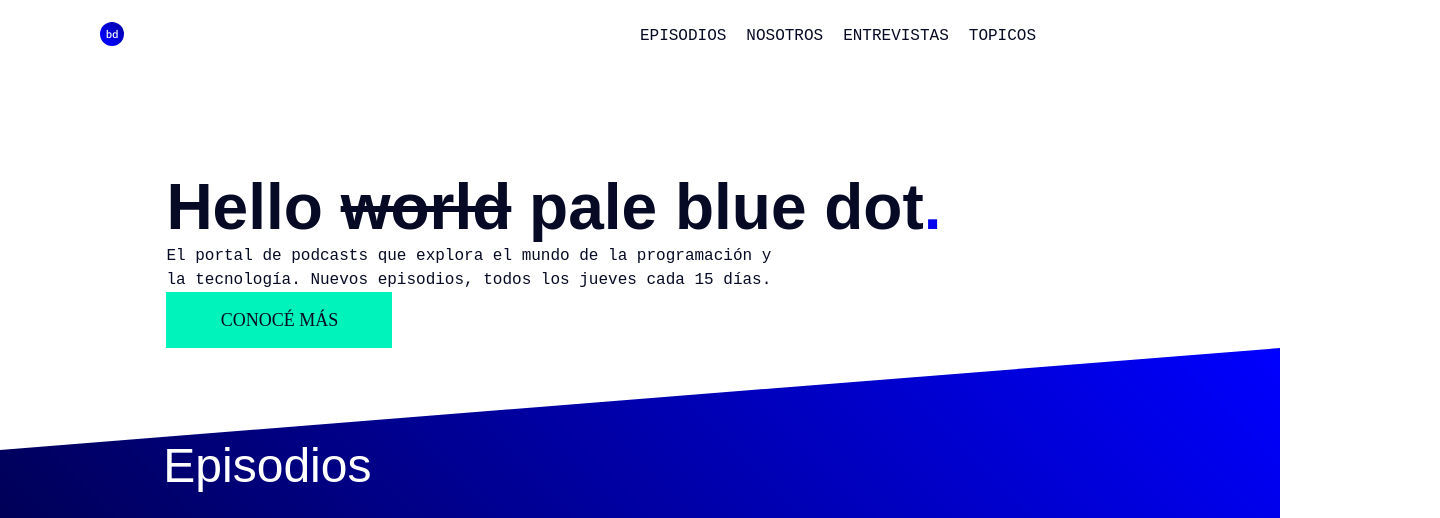
Repository: FedeGA93/podcast
Page: index.html
These files come from the project's save history. The page is drawn as it stood at one moment and after the next save; the edit follows.
The browser window is 1280 px wide. The page is 1440 px wide, so the pictures cover 1440 px, including what lies to the right of the window. The pictures show the part of the page from y = 0 to 518 px (the page is 3293 px tall before and 3382 px after).
Pictures or frames that could not be fetched are drawn as grey boxes. Some web fonts or font styles are not loaded; a fallback is used. Some web libraries are served in a nearby version.

Above is the page before, as saved 2019-11-26 20:31:16.

### index.html
<!DOCTYPE html>
<html lang="es">

<head>
    <meta charset="UTF-8">
    <meta name="viewport" content="width=device-width, initial-scale=1.0">
    <meta http-equiv="X-UA-Compatible" content="ie=edge">
    <title>BlueDot</title>
    <link rel="stylesheet" href="styles/styles.css">
    <link href="https://fonts.googleapis.com/css?family=IBM+Plex+Mono/IBM+Plex+Sans:400,400i,500,600&display=swap"
        rel="stylesheet">
    <link rel="stylesheet" href="https://cdnjs.cloudflare.com/ajax/libs/font-awesome/5.11.2/css/all.css">
    <link rel="shortcut icon" href="images/logo.ico" type="image/x-icon">
    <link rel="icon" href="images/logo.ico" type="image/x-icon">
</head>

<body>
    <header class="estilo-header">
        <nav >
            <div class="menu">
                <div>
                    <img src="images/logo.svg" alt="Logo del podcast" class="responsive-logo">
                </div>
                <div>

                    <!-- DEsde acá-->
                    <input type="checkbox" id="transformacion" />
                    <label for="transformacion" class="fija-menu">
                        <span class="barras-negras-hamburger bar1"></span>
                        <span class="barras-negras-hamburger bar2"></span>
                        <span class="barras-negras-hamburger bar3"></span>
                    </label>
                    <!--Hasta acá es lo que tengo que copiar-->
                    <ul class="menu-hijo">
                        <li><a class="color-letras" href="#epi">EPISODIOS</a></li>
                        <li><a class="color-letras" href="#nos">NOSOTROS</a></li>
                        <li><a class="color-letras" href="#ent">ENTREVISTAS</a></li>
                        <li><a class="color-letras" href="#topi">TOPICOS</a></li>
                    </ul>

                </div>
            </div>
        </nav>
    </header>
    <main class="primera-caja">
        <div class="centrado">
            <h1>Hello <s>world</s> pale blue dot<strong class="color-punto">.</strong></h1>
        </div>
        <div class="centrado">
            <p class="parrafos-general">El portal de podcasts que explora el mundo de la programación y <br> la
                tecnología.
                Nuevos episodios, todos los jueves cada 15 días.</p>
        </div>
        <div class="main-child">
            <div>
                <p><a class="btn cnmas" href="#nos">CONOCÉ MÁS</a></p>
            </div>
        </div>
    </main>
    <section>

        <div class="fondo-azul-gradiente sec">

            <div class="corteuno"></div>
            <div class="cortedos"></div>
            <div>
                <p class="color-blanco pad" id="epi">Episodios</p>
            </div>
            <div class="flex-spotify">
                <iframe src="https://open.spotify.com/embed-podcast/show/2ySVrxGkN6n6frMTo9Nsrt"
                    ></iframe>
                <iframe src="https://open.spotify.com/embed-podcast/show/4kYCRYJ3yK5DQbP5tbfZby"
                    ></iframe>
                <iframe src="https://open.spotify.com/embed-podcast/episode/2VHYWRX1mHcZQS89y3z2Xv" ></iframe>
                <iframe src="https://open.spotify.com/embed-podcast/show/2Iibd5A6R7mxkCm4NwNmUn"
                    ></iframe>
            </div>
        </div>
    </section>
    <section>

        <div class="informacion">
            <div>
                <img src="images/phone.png" alt="El podcast en un telefono" class="telefono">
            </div>
            <div>
                <h2 class="color-negro" id="nos">De dónde venimos</h2>

                <p class="parrafos-general limit-text">Our posturings, our imagined self-importance, the delusion that
                    we
                    have some
                    privileged position in the Universe, are challenged by this point of pale light. </p> <br>

                <p class="parrafos-general limit-text">
                    Our planet is a lonely speck in the great enveloping cosmic dark. In our obscurity, in all this
                    vastness, there is no hint that help will come from elsewhere to save us from ourselves.</p>

            </div>
        </div>

    </section>
    <section>
        <h2 class="color-negro paddie" id="ent">
            Invitadas/os Estelares
        </h2>

        <div class="photo-box">
            <img src="images/grace-hopper.png" alt="Foto de Grace Hopper" class="photos">
            <img src="images/Katie-Bouman.png" alt="Foto de Katie Bouman" class="photos">
            <img src="images/Margaret_Hamilton.png" alt="Margaret Hamilton" class="photos">
            <img src="images/computadora1950.png" alt="Una computadora del año 1950" class="photos">
            <img src="images/computadoraprogramable.png" alt="La primera computadora programable del mundo"
                class="photos">
            <img src="images/susan-kare.png" alt="Foto de Susan Kare" class="photos">

        </div>
    </section>
    <section class="top">
        <h2 class="color-negro center-text" id="topi">Algunos de nuestros temas</h2>
        <div>
            <section class="alineado">
                <div>
                    <img src="images/icon1.svg" alt="Una computadora que demuestra el trabajo remoto"
                        class="theme-size">
                    <p class="temas">Trabajo remoto</p>
                </div>
                <div>
                    <img src="images/icon2.svg" alt="Una cabeza pensando" class="theme-size">
                    <p class="temas">Repensando la programación</p>
                </div>

                <div>
                    <img src="images/icon3.svg" alt=" Un libro de código" class="theme-size">
                    <p class="temas">Bases de código</p>
                </div>

                <div>
                    <img src="images/icon4.svg" alt="Logo de seguridad" class="theme-size">
                    <p class="temas">Seguridad informática</p>
                </div>
            </section>
        </div>
    </section>
    <section>
        <div class="fondo-azul-gradiente secfoot">
                <svg xmlns="http://www.w3.org/2000/svg" viewBox="0 0 100 100" preserveAspectRatio="xMidYMid meet" >
                    <polygon fill="white" points="0,0 1440,0 0,85" />
                </svg>
            <div>
                <h2 class="color-blanco center-text">
                    ¿Querés las últimas novedades?
                </h2>
            </div>

            <div>
                <p> <a class="btn ele" href="#epi">ESCUCHÁ LOS EPISODIOS</a> </p>
            </div>

        </div>
    </section>

    <footer>
        <div class="flex-end">
            <h3 class="informacion">© 2019— Hello blue pale dot </h3>
            <div class="sin-deco">
                <a href="https://open.spotify.com/show/6xpiit8aJmwDHk1rKdxmri"><i class="fab fa-spotify"></i></a>
                <a href="https://twitter.com/w3c"> <i class="fab fa-twitter"></i></a>
                <a href="https://www.instagram.com/coding/"><i class="fab fa-instagram"></i></a>
                <a href="https://www.facebook.com/programminggeeks.in/"><i class="fab fa-facebook"></i></a>
            </div>
        </div>
    </footer>
</body>

</html>

### styles/styles.css
* {
  margin: 0;
  padding: 0;
  border: 0;
  box-sizing: content-box;
}

.menu {
  display: flex;
  flex-flow: row;
  justify-content: space-between;
  padding: 22px 244px 120px 100px;
  position: static;
  top: 0;
  overflow: hidden;
}
.menu-hijo {
  display: flex;
  flex-flow: row wrap;
  text-decoration: none;
  list-style-type: none;
  justify-content: flex-end;
  text-indent: 20px;
}

.primera-caja {
  display: flex;
  flex-flow: column;
  padding: 0 13%;
}
.centrado {
  justify-content: center;
}
.color-letras:active {
  color: RGBA(6, 10, 36, 0.53);
}
.color-letras:hover {
  color: #00f3bb;
  text-decoration: line-through;
}
.color-letras {
  font-family: "IBM Plex Mono", monospace;
  font-size: 16px;
  color: #060a24;
  letter-spacing: 0;
  line-height: 28px;
  text-decoration: none;
}

h1 {
  font-family: "IBM Plex Sans", sans-serif;
  font-size: 64px;
  color: #060a24;
  letter-spacing: 0;
}
.color-punto {
  font-family: "IBM Plex Sans", sans-serif;
  font-size: 64px;
  color: #0000ec;
  letter-spacing: 0;
}
.parrafos-general {
  font-family: "IBM Plex Mono", monospace;
  font-size: 16px;
  color: #060a24;
  letter-spacing: 0;
  line-height: 24px;
}

input {
  display: none;
}

.sec {
  position: relative;
  width: 100%;
  height: 124vh;
  overflow: hidden;
}
.secfoot {
  display: flex;
  justify-content: center;
  align-items: center;
  flex-direction: column;
  position: relative;
  width: 100%;
  height: 50vh;
  overflow: hidden;
}
.fondo-azul-gradiente {
  background-image: linear-gradient(225deg, #0000ff 0%, #000003 100%);
}

/* Cortes del fondo */
svg {
  position: absolute;
  bottom: 0;
  width: 100%;
  height: auto;

}

.corteuno {
  position: absolute;
  top: 0;
  left: 0;
  border-width: 0 0 8vw 100vw;
  border-style: solid;
  border-color: transparent #fff transparent;
}
.cortedos {
  position: absolute;
  bottom: 0;
  left: 0;
  border-width: 0 0 10vw 100vw;
  border-style: solid;
  border-color: transparent transparent #fff;
}
/* terminan los cortes */
.color-blanco {
  font-family: "IBM Plex Sans", sans-serif;
  font-size: 48px;
  color: #ffffff;
  letter-spacing: 0;
}
.color-negro {
  font-family: "IBM Plex Sans", sans-serif;
  font-size: 48px;
  color: #060a24;
  letter-spacing: 0;
}
.informacion {
  display: flex;
  justify-content: flex-start;
  flex-direction: row;
}

.btn {
  display: flex;
  align-items: center;
  justify-content: center;
  background-color: #00f3bb;
  font-family: "IBMPlexMono", Medium;
  font-size: 18px;
  color: #060a24;
  letter-spacing: 0;
  text-align: center;
  line-height: 24px;
  text-decoration: none;
}
.btn:hover,
.btn:focus {
  background-image: linear-gradient(225deg, #0000fe 0%, #00f0b8 100%);
  color: #ffffff;
}
.cnmas {
  height: 56px;
  width: 226px;
}
.ele {
  width: 345px;
  height: 56px;
}

.flex {
  display: flex;
  flex-direction: row;
  flex-wrap: nowrap;
  justify-content: space-between;
}
.pad {
  padding: 7% 12.76% 0;
}
.flex-spotify {
  display: flex;
  flex-flow: row wrap;
  padding: 2% 8%;
}
.temas {
  font-family: "IBMPlexSans";
  font-weight: 600;
  font-size: 24px;
  color: #060a24;
  letter-spacing: 0;
  text-align: center;
}

.alineado {
  display: flex;
  flex-flow: row;
  justify-content: space-evenly;
  text-align: center;
}
.telefono {
  position: relative;
  top: -311px;
  height: 660px;
  width: 457.6px;
  padding: 200px 64px 0 200px;
}
iframe {
  padding: 0 72px 72px 0;
  position: relative;
  z-index: 1;
  width: 44%;
  height: 232px;
}

.paddie {
  margin: -267px 0 36px 200px;
  z-index: 1;
}
.photos {
  width: 480px;
  height: 364px;
}
.photo-box {
  width: fit-content;
  display: grid;
  grid-template-columns: repeat(3, 0fr);

}
.limit-text {
  width: 54%;
}
.theme-size {
  width: 104px;
  height: 104px;
}
.top {
  margin-top: 5%;
}
.flex-end {
  display: flex;
  flex-direction: row;
  justify-content: space-between;
}
.sin-deco a {
  text-decoration: none;
  color: black;
}
/*
  ***************************************************
    ***********************************************
      ********************************************
        ****************************************
        *****************MOBILE*****************
        ****************************************
      ********************************************
     **********************************************
   **************************************************
 */

@media screen and (max-width: 600px) {
  * {
    margin: 0px;
    padding: 0;
    border: 0;
  }
  .estilo-header {
    padding: 3%;
  }
  .barra-navegadora {
    display: none;
  }
  .menu {
    padding: 0px;
    position: sticky;
  }
  .seccion {
    width: 100%;
  }

  .responsive-logo {
    margin: 2.2% 87.5% 1.2% 2%;
  }
  .menu-hijo {
    display: none;
  }
  .menu-hijo:hover {
    display: block;
  }
  h1 {
    font-family: "IBM Plex Sans", sans-serif;
    font-size: 36px;
    color: #060a24;
    letter-spacing: 0;
    line-height: 42px;
  }

  .parrafos-general {
    font-family: "IBM Plex Mono", monospace;
    font-size: 14px;
    color: #060a24;
    letter-spacing: 0;
    line-height: 22px;
  }
  .color-blanco {
    font-family: "IBM Plex Sans", sans-serif;
    font-size: 36px;
    color: #ffffff;
    letter-spacing: 0;
    line-height: 42px;
  }
  .color-negro {
    font-family: "IBM Plex Sans", sans-serif;
    font-size: 36px;
    color: #060a24;
    letter-spacing: 0;
    line-height: 42px;
  }
  .cnmas {
    height: 48px;
    width: 100%;
  }

  .barras-negras-hamburger {
    display: block;
    width: 33px;
    height: 4px;
    margin-bottom: 5px;
    position: relative;
    background: black;
    border-radius: 3px;
  }
  .sec {
    height: 165vh;
  }
  .secfoot {
    height: 40vh;
  }
  .center-text {
    text-align: center;
  }
  .telefono {
    top: -60px;
    padding: 0 0 0 9%;
    width: 360px;
    height: 519px;
  }
  .photo-box {
    grid-template-columns: repeat(1, 0);
    grid-template-rows: repeat(1, 16.5%);
  }
  .paddie {
    margin: 0;
  }
  .photos {
    height: auto;
    width: 100vw;
  }
  iframe {
    padding: 1%;
    width: auto;
  }
  .informacion {
    flex-direction: column;
  }
  .alineado {
    flex-direction: column;
  }
  .flex-spotify {
    padding: 2% 15%;
  }
  /* A partir de acá es el menu*/

  input[type="checkbox"]:checked ~ label > span.bar1 {
    -webkit-transform: rotate(-45deg) translate(-8px, 6px);
    transform: rotate(-45deg) translate(-8px, 6px);
    transition-delay: 0.1s;
  }
  input[type="checkbox"]:checked ~ label > span.bar2 {
    opacity: 0;
  }
  input[type="checkbox"]:checked ~ label > span.bar3 {
    -webkit-transform: rotate(45deg) translate(-8px, -6px);
    transform: rotate(45deg) translate(-8px, -6px);
    transition-delay: 0.1s;
  }
  input[type="checkbox"]:checked ~ .menu-hijo {
    background-color: blue;
    display: block;
    margin: auto;
    padding: initial;
    z-index: 1000;
    color: #fff;
  }

  input {
    display: none;
  }
  .fija-menu {
    display: block;
    direction: rtl;
  }
  /* hasta acá*/
  svg{
    bottom: 50%;
  }
}

@media screen and (max-width: 349px) {
  .sec {
    width: 129%;
  }
  .photos {
    width: 411px;
  }
  .cnmas {
    width: 100vw;
  }
  .corteuno {
    border-width: 0 0 12vw 158vw;
  }
  .cortedos {
    border-width: 0 0 19vw 129vw;
  }
  .secfoot{
    width: 129vw;
  }
  .top{
    margin-left: 27%;
  }
}
/*
  ***************************************************
    ***********************************************
      ********************************************
        ****************************************
         ***************TABLET*****************
        ****************************************
      ********************************************
     **********************************************
   **************************************************
 */
/*  @media screen and (max-width:601px) {


  } */

After the next save:
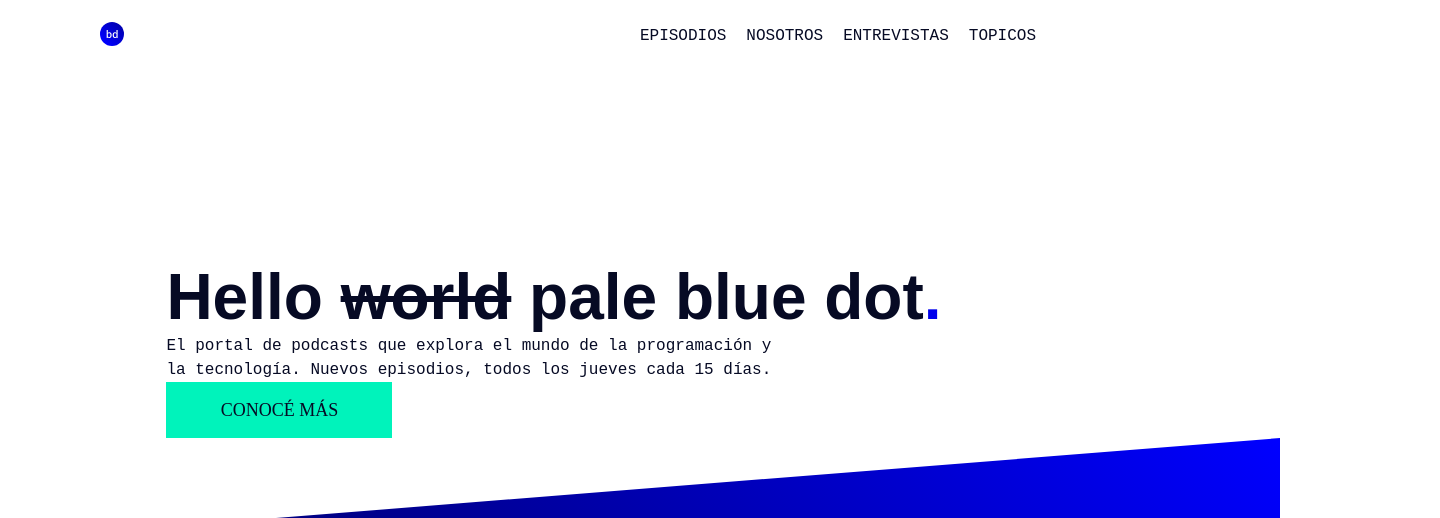
Saved 91 s later.
--- a/styles/styles.css
+++ b/styles/styles.css
@@ -26,7 +26,7 @@
 .primera-caja {
   display: flex;
   flex-flow: column;
-  padding: 0 13%;
+  padding: 7% 13% 0;
 }
 .centrado {
   justify-content: center;
